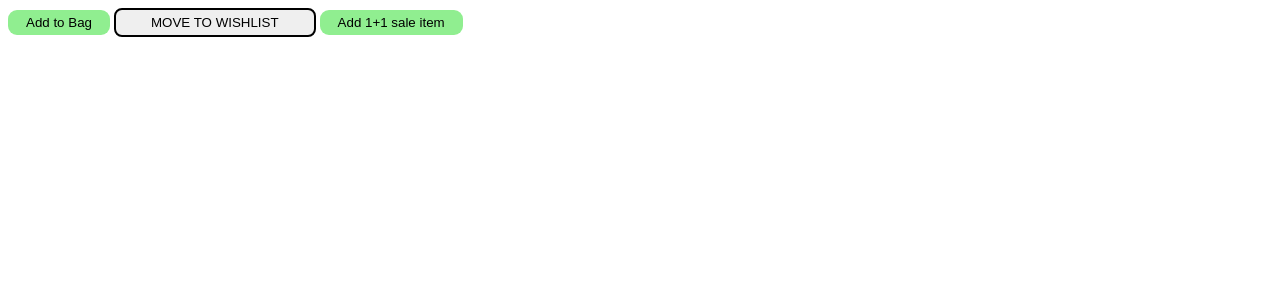
Repository: nihalani20/Learning-Js
Page: practice_set2/index.html
The author's editor kept a copy of each file at every save. The page is drawn from the files as they stood at one save, then again after a run of saves.
The browser window is 1280 px wide. The pictures show the whole page.

Above is the page before, as saved 2023-12-09 12:30:38.

After the next 2 saves:
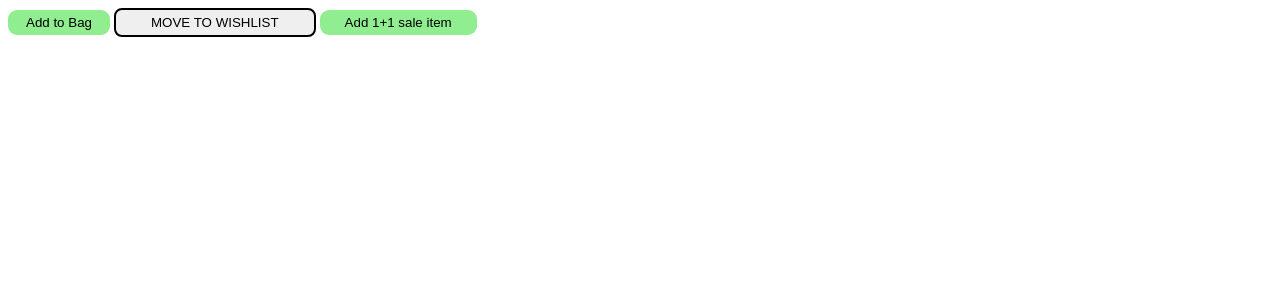
The 2 saves are shown as one change because they came seconds apart.
The last was saved 15 s later.
--- a/practice_set2/style.css
+++ b/practice_set2/style.css
@@ -18,7 +18,7 @@
 .item{
   background-color: lightgreen;
     border: none;
-    padding: 5px 18px 5px 18px;
+    padding: 5px 25px 5px 25px;
     border-radius: 9px;
     cursor: pointer;
 
